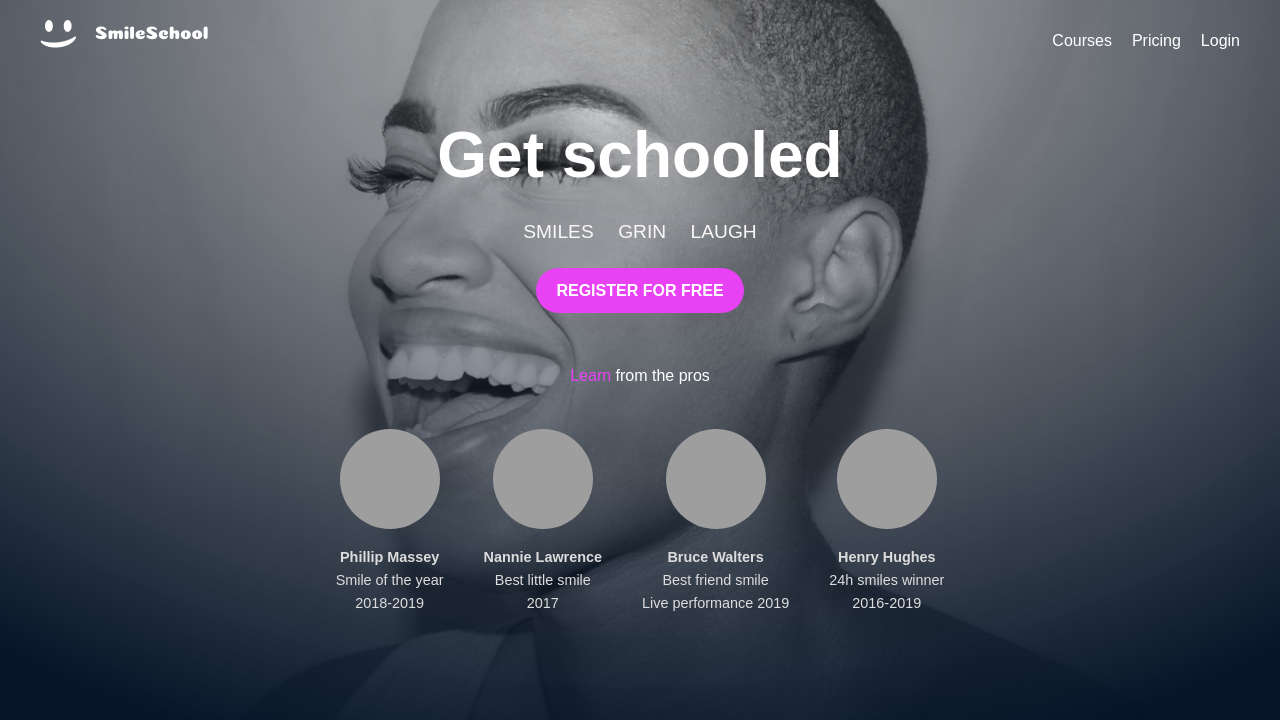
Repository: Patience225/alx_html_css
Page: css_advanced/index.html
An editor plug-in stored every save of this project. The page is shown before and after a run of saves, followed by the edit.
The browser window is 1280 px wide. The pictures show the whole page.
Pictures or frames that could not be fetched are drawn as grey boxes.

Above is the page before, as saved 2025-01-03 21:10:59.

### css_advanced/index.html
<!DOCTYPE html>
<html lang="en">
<head>
    <meta charset="UTF-8">
    <meta name="viewport" content="width=device-width, initial-scale=1.0">
    <title>SmileSchool</title>
    <link rel="stylesheet" href="styles.css">
</head>
<body>
    <header class="header">
        <nav class="navbar">
            <div class="logo"> <img src="images/logo.png" alt="Logo" /></div>
            <ul class="nav-links">
                <li><a href="#">Courses</a></li>
                <li><a href="#">Pricing</a></li>
                <li><a href="#">Login</a></li>
            </ul>
        </nav>
    </header>

    <section class="banner">
        <div class="banner-content">
            <h1>Get schooled</h1>
            <div class="subtext">
                <span>SMILES</span>
                <span>GRIN</span>
                <span>LAUGH</span>
            </div>
            <a href="#" class="cta-button">REGISTER FOR FREE</a>
        </div>
        <div class="learn-pros">
            <p> <span>Learn</span> from the pros </p>
        </div>
        <div class="profiles">
            <div class="profile">
                <img src="profile1.jpg" alt="Phillip Massey">
                <p><strong>Phillip Massey</strong><br> Smile of the year<br>2018-2019</p>
            </div>
            <div class="profile">
                <img src="profile2.jpg" alt="Nannie Lawrence">
                <p><strong>Nannie Lawrence</strong><br>Best little smile<br>2017</p>
            </div>
            <div class="profile">
                <img src="profile3.jpg" alt="Bruce Walters">
                <p><strong>Bruce Walters</strong><br>Best friend smile<br>Live performance 2019</p>
            </div>
            <div class="profile">
                <img src="profile4.jpg" alt="Henry Hughes">
                <p><strong>Henry Hughes</strong><br>24h smiles winner<br>2016-2019</p>
            </div>
        </div>
    </section>
</body>
</html>

### css_advanced/styles.css
/* Reset Styles */
* {
  margin: 0;
  padding: 0;
  box-sizing: border-box;
}

body {
  font-family: Arial, sans-serif;
  line-height: 1.6;
  background: #000; /* Fallback background */
  color: white;
}

/* Header */
.header {
  position: absolute;
  top: 0;
  left: 0;
  width: 100%;
  z-index: 10;
  padding: 20px 40px;
}

.navbar {
  display: flex;
  justify-content: space-between;
  align-items: center;
}

.logo {
  font-size: 1.5rem;
  font-weight: bold;
}

.nav-links {
  list-style: none;
  display: flex;
  gap: 20px;
}

.nav-links li a {
  text-decoration: none;
  color: white;
  font-weight: 500;
}

/* Banner Section */
.banner {
  background: url('images/Object.png') no-repeat center/cover;
  height: 100vh;
  display: flex;
  flex-direction: column;
  align-items: center;
  justify-content: center;
  text-align: center;
  position: relative;
  color: white;
}

.banner h1 {
  font-size: 4rem;
  font-weight: bold;
  margin-bottom: 10px;
}

.subtext span {
  margin: 0 10px;
  font-size: 1.2rem;
  color: #fbf7f7;
}

.cta-button {
  display: inline-block;
  background: #e942f5;
  color: white;
  padding: 10px 20px;
  text-decoration: none;
  border-radius: 25px;
  margin: 20px 0;
  font-weight: bold;
}

.learn-pros {
  margin-top: 30px;
}

.learn-pros span {
  color: #e942f5;
}

.profiles {
  display: flex;
  justify-content: center;
  gap: 40px;
  margin-top: 40px;
}

.profile {
  text-align: center;
}

.profile img {
  width: 100px;
  height: 100px;
  border-radius: 50%;
  margin-bottom: 10px;
}

.profile p {
  font-size: 0.9rem;
  color: #ddd;
}

After the next 4 saves:
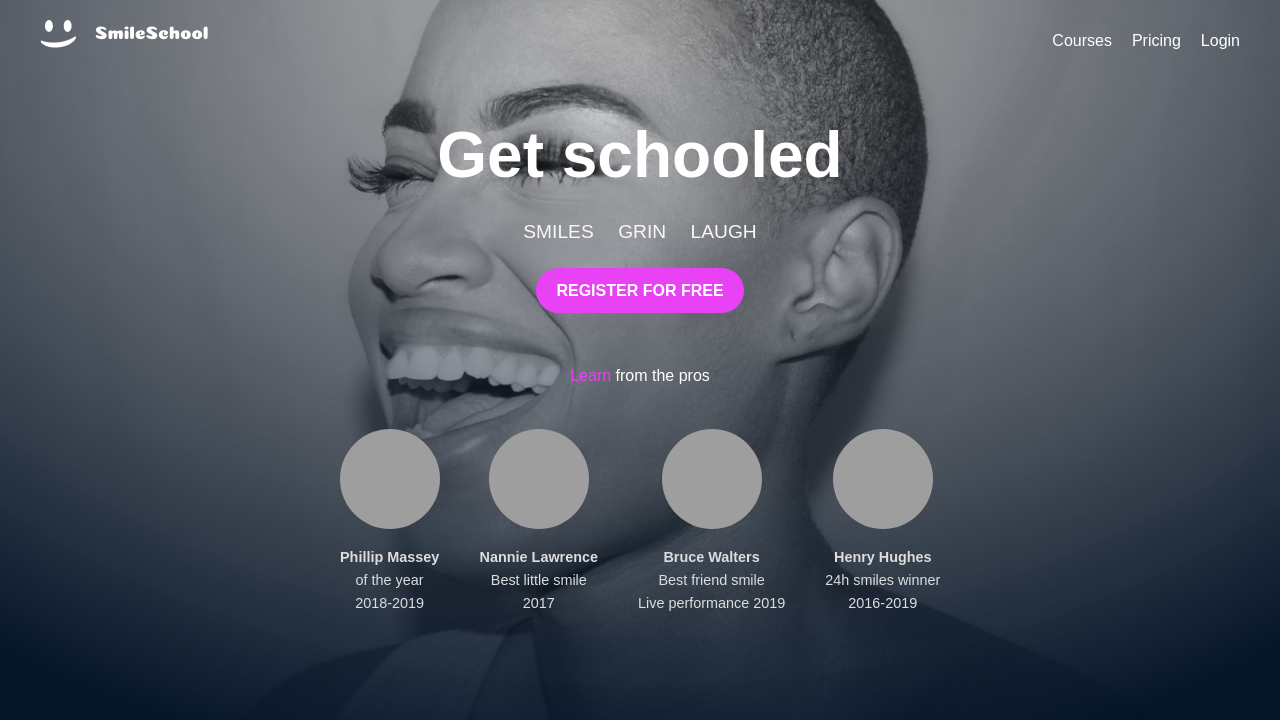
The 4 saves are shown as one change because they came seconds apart.
The last was saved 15 s later.
--- a/css_advanced/index.html
+++ b/css_advanced/index.html
@@ -34,7 +34,7 @@
         <div class="profiles">
             <div class="profile">
                 <img src="profile1.jpg" alt="Phillip Massey">
-                <p><strong>Phillip Massey</strong><br> Smile of the year<br>2018-2019</p>
+                <p><strong>Phillip Massey</strong><br> <em></em> of the year<br>2018-2019</p>
             </div>
             <div class="profile">
                 <img src="profile2.jpg" alt="Nannie Lawrence">
